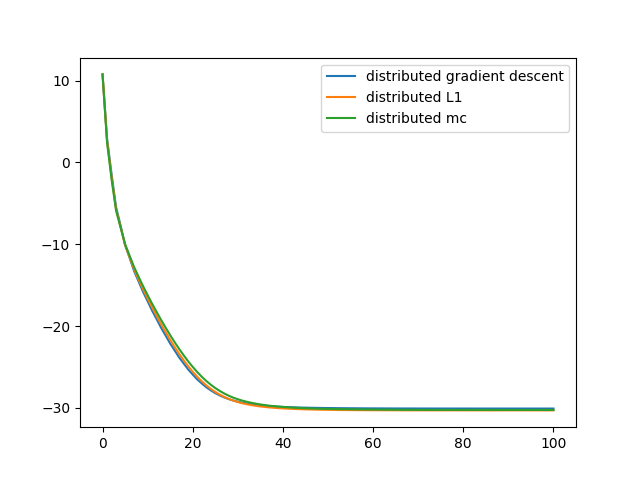
Repository: komuro-zero/distributed-optimization
Script's output: python main_wj_noisyd.py
An editor plug-in stored every save of this project. The script's output is shown before and after the next save, followed by the edit.
Random numbers start from a fixed seed.

Above is the script's output before, as saved 2019-09-24 14:03:14.

After the next save:
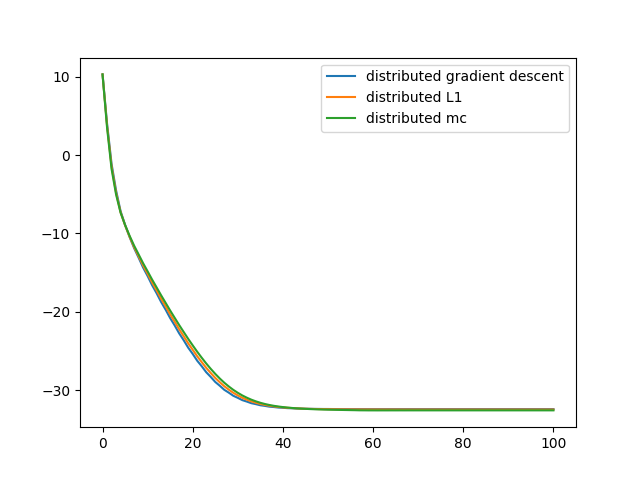
Saved 23 s later.
--- a/main_wj_noisyd.py
+++ b/main_wj_noisyd.py
@@ -27,7 +27,7 @@ class distributed_updates(functions):
         w_star,U_all,d_allを返㝙
         """
         w = randn(self.N,1)
-        w_star = self.w_star(self.N,self.sparsity_percentage)
+        w_star = self.w_star_weakly_sparse(self.N,self.sparsity_percentage)
         U_all = randn(self.m,self.N)
         w_star_noise = w_star+randn(self.N,1)/100
         d_all = np.dot(U_all,w_star_noise)
